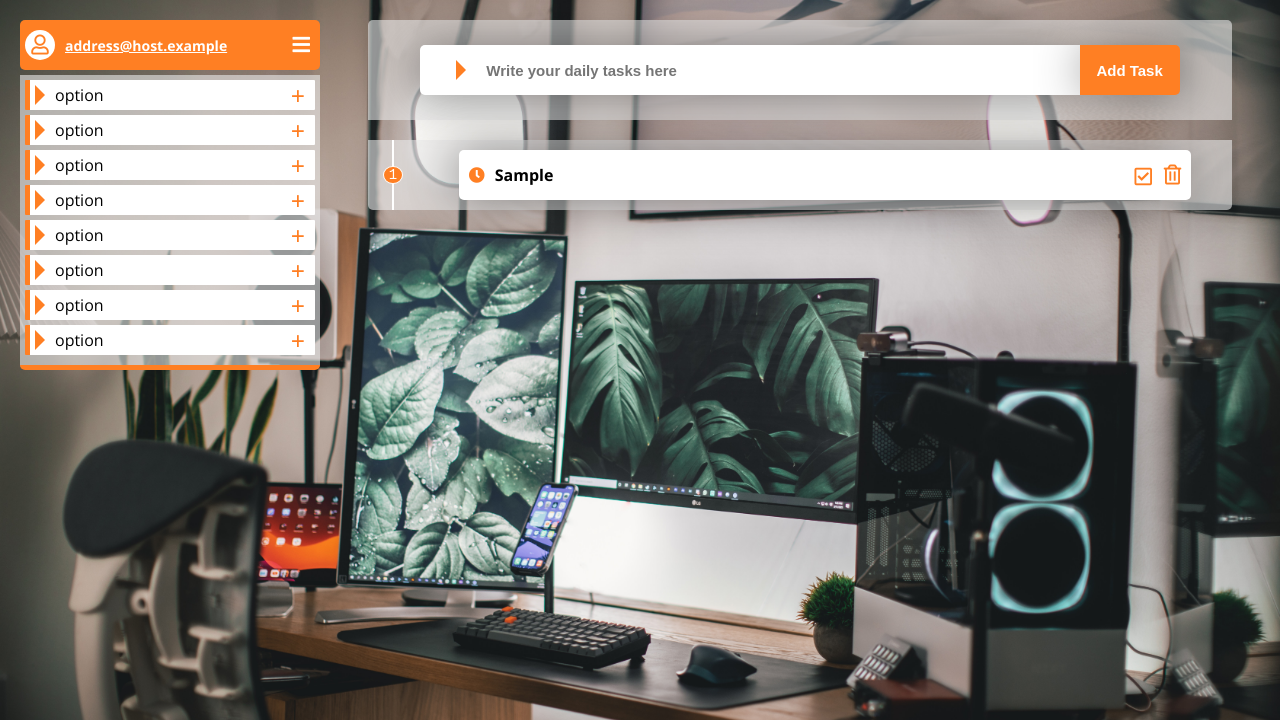
Repository: OmarEssameldinMousa/To-do-list-level01
Page: index.html
The author's editor kept a copy of each file at every save. The page is drawn from the files as they stood at one save, then again after the next save.
The browser window is 1280 px wide. The pictures show the whole page.
Empty fields were first filled with sample values (such as "Sample", 5 or name@example.com).
After loading, the first visible `input.add` was clicked once.

Above is the page before, as saved 2023-08-10 02:02:28.

### index.html
<!DOCTYPE html>
<html lang="en">

<head>
    <meta charset="UTF-8">
    <meta name="viewport" content="width=device-width, initial-scale=1.0">
    <title>ToDo</title>
    <link rel="stylesheet" href="main.css">
    <link rel="preconnect" href="https://fonts.gstatic.com" />
    <link rel="stylesheet" href="css/all.min.css">
    <link href="https://fonts.googleapis.com/css2?family=Open+Sans:wght@400;700&display=swap" rel="stylesheet" />
</head>

<body>
    <div class="dashboard">
        <div class="nav">
            <div class="navigation">
                <div class="profile">
                    <div class="profile-pic">
                        <i class="fa-regular fa-user"></i>
                    </div>
                    <h3>address@host.example</h3>
                    <i class="fa-solid fa-bars" style="color: #ffffff;"></i>
                </div>
                <ul>
                    <li>
                        <span class="toggle"></span>
                        <span class="title">option</span>
                        <i class="fa-solid fa-plus"></i>
                    </li>
                    <li>
                        <span class="toggle"></span>
                        <span class="title">option</span>
                        <i class="fa-solid fa-plus"></i>
                    </li>
                    <li>
                        <span class="toggle"></span>
                        <span class="title">option</span>
                        <i class="fa-solid fa-plus"></i>
                    </li>
                    <li>
                        <span class="toggle"></span>
                        <span class="title">option</span>
                        <i class="fa-solid fa-plus"></i>
                    </li>
                    <li>
                        <span class="toggle"></span>
                        <span class="title">option</span>
                        <i class="fa-solid fa-plus"></i>
                    </li>
                    <li>
                        <span class="toggle"></span>
                        <span class="title">option</span>
                        <i class="fa-solid fa-plus"></i>
                    </li>
                    <li>
                        <span class="toggle"></span>
                        <span class="title">option</span>
                        <i class="fa-solid fa-plus"></i>
                    </li>
                    <li>
                        <span class="toggle"></span>
                        <span class="title">option</span>
                        <i class="fa-solid fa-plus"></i>
                    </li>
                </ul>
            </div>
        </div>
        <div class="workstation">
            <div class="container">
                <div class="form">
                    <div>
                        <span></span>
                        <input type="text" class="input" placeholder="Write your daily tasks here">
                    </div>
                    <input type="submit" class="add" value="Add Task">
                </div>
                <!-- separator -->
                <div class="tasks">
                    <div class="tasks-numbers">

                    </div>
                    <div class="tasks-container">

                    </div>
                </div>
            </div>
        </div>
    </div>
    <script src="main.js"></script>
</body>

</html>

### main.css
:root {
    --main-color: rgba(235, 235, 235, 0.6);
    --secondery-color: #ff7f23;
}

* {
    -webkit-box-sizing: border-box;
    -moz-box-sizing: border-box;
    box-sizing: border-box;
    padding: 0;
    margin: 0;
}

body {
    font-family: "Open Sans", sans-serif;
    background-image: url(backgroundimage.jpg);
    background-repeat: no-repeat;
    background-size: cover;
    position: relative;
    height: 100%;
    background-attachment: fixed;
}

ul {
    list-style: none;
}

.dashboard {
    display: flex;
    height: 100%;
    width: 100%;
    column-gap: 0px;
}

.nav {
    width: 300px;
    height: 100%;
    position: relative;
    margin-top: 20px;
    border-radius: 5px;
    margin-left: 20px;
}

.nav .navigation {
    height: 100%;
    width: 100%;
    position: relative;
}

.nav .navigation .profile {
    width: 100%;
    height: 50px;
    background-color: var(--secondery-color);
    display: flex;
    align-items: center;
    border-radius: 5px;
    position: relative;
    flex-wrap: wrap;
}

.nav .navigation .profile .profile-pic {
    border-radius: 50%;
    background-color: white;
    height: 30px;
    width: 30px;
    display: flex;
    align-items: center;
    justify-content: center;
    margin-left: 5px;
}

.nav .navigation .profile i {
    font-size: 20px;
    color: var(--secondery-color);
}

.nav .navigation .profile h3 {
    font-size: 14px;
    padding-left: 10px;
    text-decoration: underline;
    color: white;
}

.nav .navigation ul {
    width: 100%;
    margin: auto;
    margin-top: 5px;
    padding: 5px;
    background: var(--main-color);
    border-bottom-left-radius: 5px;
    border-bottom-right-radius: 5px;
    border-bottom: 5px solid #ff7f23;
}

.nav .navigation ul li {
    padding: 5px;
    height: 30px;
    background-color: white;
    margin-bottom: 5px;
    border-radius: 1px;
    border-left: 5px solid #ff7f23;
    display: flex;
    align-items: center;
    transition: 0.3s;
}


.nav .navigation ul li:hover .toggle {
    padding-left: 10px;
}

.fa-solid.fa-plus {
    position: absolute;
    right: 15px;
    font-size: 25px;
    color: #ff7f23;
    font-weight: bold;
}

li .toggle {
    border: 10px solid var(--secondery-color);
    border-color: transparent transparent transparent #ff7f23;
    transition: 0.3s;
}

.workstation {
    height: 100%;
    position: relative;
    flex: 1;
}

.container {
    width: 100%;
    min-height: 50px;
    background-color: transparent;
    z-index: 1;
    position: absolute;
}

.container .form {
    width: 90%;
    height: 100px;
    background-color: var(--main-color);
    margin: 20px auto;
    border-top-right-radius: 5px;
    border-top-left-radius: 5px;
    text-align: center;
    position: relative;
    display: flex;
    justify-content: center;
    align-items: center;
    padding-left: 20px;
    padding-right: 20px;
}

.container .tasks {
    width: 90%;
    background-color: var(--main-color);
    margin: 20px auto;
    display: flex;
    border-bottom-left-radius: 5px;
    border-bottom-right-radius: 5px;
}

.container .form .input,
.container .form .add {
    display: block;
    height: 50px;
}

.container .form div {
    width: 80%;
    border-bottom-left-radius: 5px;
    border-top-left-radius: 5px;
    border: 0px solid;
    box-shadow: -5px 0 50px 0px #00000073;
    background-color: white;
    display: flex;
    justify-content: flex-end;
    align-items: center;
}

.container .form div span {
    border: 10px solid #ff7f23;
    border-color: transparent transparent transparent #ff7f23;
    margin-right: 10px;
    margin-left: 10px;
}

.container .form div .input {
    outline: 0;
    font-size: 15px;
    border: 0px solid;
    font-weight: bold;
    width: 90%;
}

.container .form .add {
    width: 100px;
    border: 0px solid;
    background-color: #ff7f23;
    color: white;
    font-weight: bold;
    font-size: 15px;
    border-bottom-right-radius: 5px;
    border-top-right-radius: 5px;
    box-shadow: 5px 0 50px 0px #00000073;
}

.container .tasks .tasks-container {
    width: 80%;
    display: flex;
    flex-direction: column;
    align-items: center;
    align-content: center;
    flex: 1;
}

.container .tasks .tasks-container .task {
    width: 90%;
    height: 50px;
    border-radius: 5px;
    border: 0px solid;
    box-shadow: -5px 0 50px 0px #00000073;
    background-color: white;
    margin: 10px 0px;
    position: relative;
    display: flex;
    align-items: center;
}

.container .tasks .tasks-container .task i {
    margin-left: 10px;
    margin-right: 10px;
    color: var(--secondery-color);
}


/* .container .tasks .tasks-container .task::after {
    content: "";
    width: 10%;
    height: 100%;
    background-color: #ff7f23;
    position: absolute;
    top: 0;
    left: 90%;
    z-index: 0;
    border-top-right-radius: 5px;
    border-bottom-right-radius: 5px;
} */

.container .tasks .tasks-container .task i:first-of-type {
    position: absolute;
    right: 4%;
    top: 53%;
    transform: translateY(-50%);
    color: #ff7f23;
    font-size: 20px;
}

.container .tasks .tasks-container .task i:last-of-type {
    position: absolute;
    right: 0%;
    top: 50%;
    transform: translateY(-50%);
    color: #ff7f23;
    font-size: 20px;
}

.container .tasks .tasks-numbers {
    width: 50px;
    display: flex;
    align-items: center;
    flex-direction: column;
}


.tasks-numbers .repated-line-circle {
    width: 2px;
    height: 70px;
}

.tasks-numbers .line-circle {
    display: flex;
    flex-direction: column;
    width: 100%;
    height: 100%;
    justify-content: space-between;
    align-items: center;
}

.tasks-numbers .line-circle .upper-line {
    width: 100%;
    height: 40%;
    background-color: white;
}

.tasks-numbers .line-circle .circle {
    font-family: 'VT323', monospace;
    width: 20px;
    height: 20px;
    background-color: #ff7f23;
    border-radius: 50%;
    text-align: center;
    position: relative;
    transition: 0.3s;
    animation: gradient-animation 5s infinite alternate;
    border: 1px solid white;
}


.tasks-numbers .line-circle .circle p {
    position: absolute;
    left: 50%;
    top: 50%;
    transform: translate(-50%, -50%);
    font-size: 14px;
    color: white;
}

.line-circle .circle p a {
    text-decoration: none;
}

.tasks-numbers .line-circle .lower-line {
    width: 2px;
    height: 40%;
    background-color: white;
}

.nav .navigation .profile i.fa-solid.fa-bars {
    position: absolute;
    right: 10px;
}


@media (max-width: 767px) {
    body {
        background-image: url(longphoto.jpg);

    }

    .dashboard {
        flex-direction: column;
    }

    .nav {
        margin-left: 0;
        margin-top: 0;
        width: 100% !important;
        height: 50px;
        z-index: 2;
    }

    .navigation {
        width: 100%;
        position: absolute;
        background-color: #ff7f23;
    }

    .nav .navigation ul {
        width: 100%;
        display: none;
        box-shadow: 0px 0 30px 0px #000000a9;
    }

    .nav .navigation ul li {
        border: none;
        border-bottom: 1px solid #ff7f23;
        margin: 0;
    }

    .navigation .footer {
        display: none;
    }

    .nav .navigation .profile i.fa-solid.fa-bars {
        display: inline-block;
    }

    .nav .navigation .profile i.fa-solid.fa-bars.second {
        display: none;
    }

    .container .tasks .tasks-container .task::after {
        display: none;
    }

    .container .tasks .tasks-container .task i:first-of-type {
        top: 53%;
        transform: translateY(-50%);
        color: #ff7f23;
        font-size: 20px;
        margin-right: 15px;
    }

    .container .tasks .tasks-container .task i:last-of-type {
        top: 50%;
        transform: translateY(-50%);
        color: #ff7f23;
        font-size: 20px;
        margin-left: 15px;

    }
}

/* Small */
@media (min-width: 768px) {}

/* Medium */
@media (min-width: 992px) {}

/* Large */
@media (min-width: 1200px) {}

### main.js
let counter = 1;
let counterarray = [];
let tasksDiv = document.querySelector(".tasks-container");
let tasksnumbersDiv = document.querySelector(".tasks-numbers");
let inputbox = document.querySelector(".input");
let inputboxValue = inputbox.value;
let inputbtn = document.querySelector(".add");
let idtentity = 0;
let list = [];
let menu_bars = document.querySelector("i.fa-solid.fa-bars")
let optionsul = document.querySelector(".nav .navigation ul")
let menu_bars2 = document.querySelector("i.fa-solid.fa-bars.second")
let navdiv = document.querySelector(".nav")

function createTaskDiv_NumberDiv() {
    if (inputbox.value != "") {
        let inputbox = document.querySelector(".input");
        let inputboxValue = inputbox.value;
        counterarray.push(counter);
        // craeting task divs
        let taskDiv = document.createElement("div");
        taskDiv.className = "task";
        let i1 = document.createElement("i");
        i1.className = "fa-regular fa-square-check";
        let i2 = document.createElement("i");
        i2.className = "fa-solid fa-clock";
        let i3 = document.createElement("i");
        i3.className = "fa-regular fa-trash-can";
        i3.setAttribute("index", counterarray.length - 1);
        let tasktitle = document.createElement("h4");
        tasktitle.innerHTML = inputboxValue;
        // nesting all childs under each parent
        tasksDiv.appendChild(taskDiv);
        taskDiv.appendChild(i1);
        taskDiv.appendChild(i2);
        taskDiv.appendChild(i3);
        taskDiv.appendChild(tasktitle);
        //creating the numbering divs
        let repatedlinecircleDiv = document.createElement("div");
        repatedlinecircleDiv.className = "repated-line-circle";
        let linecirclediv = document.createElement("div");
        linecirclediv.className = "line-circle";
        let upperlinediv = document.createElement("div");
        upperlinediv.className = "upper-line";
        let circlediv = document.createElement("div");
        circlediv.className = "circle";
        let circleparacontent = document.createElement("p");
        circleparacontent.innerHTML = `${counterarray.length}`;
        let lowerlinediv = document.createElement("div");
        lowerlinediv.className = "lower-line";
        //nesting all childs under each parent
        tasksnumbersDiv.appendChild(repatedlinecircleDiv);
        repatedlinecircleDiv.appendChild(linecirclediv);
        linecirclediv.appendChild(upperlinediv);
        linecirclediv.appendChild(circlediv);
        circlediv.appendChild(circleparacontent);
        linecirclediv.appendChild(lowerlinediv);
        // after adjustments
        list.push({ "id": idtentity, "title": inputbox.value, });
        window.localStorage.setItem("tasks", JSON.stringify(list));
        inputbox.value = "";
        counter++;
        idtentity++;
        inputbox.focus();
    }
}

inputbtn.addEventListener("click", createTaskDiv_NumberDiv);

document.addEventListener("click", function (e) {
    if (e.target.className === "fa-regular fa-trash-can") {
        let n = 1;
        // deleting from BOM - local storage
        let storedTasks = JSON.parse(window.localStorage.getItem("tasks"))
        storedTasks.filter(a => a.id != e.index);
        list = storedTasks;
        window.localStorage.clear()
        window.localStorage.setItem("tasks", JSON.stringify(storedTasks));
        // deleting from the DOM
        e.target.parentElement.parentElement.previousElementSibling.lastChild.remove();
        counterarray.pop();
        counter--;
        e.target.parentElement.remove();
        document.querySelectorAll(".circle p").forEach(element => {
            element.innerHTML = n;
            n++;
        });
    }
})

menu_bars.addEventListener("click", function () {
    if (optionsul.style.display == "block") {
        optionsul.style.display = "none"
    } else {
        optionsul.style.display = "block"
    }
})

Loaded but not shown: css/all.min.css (library)

After the next save:
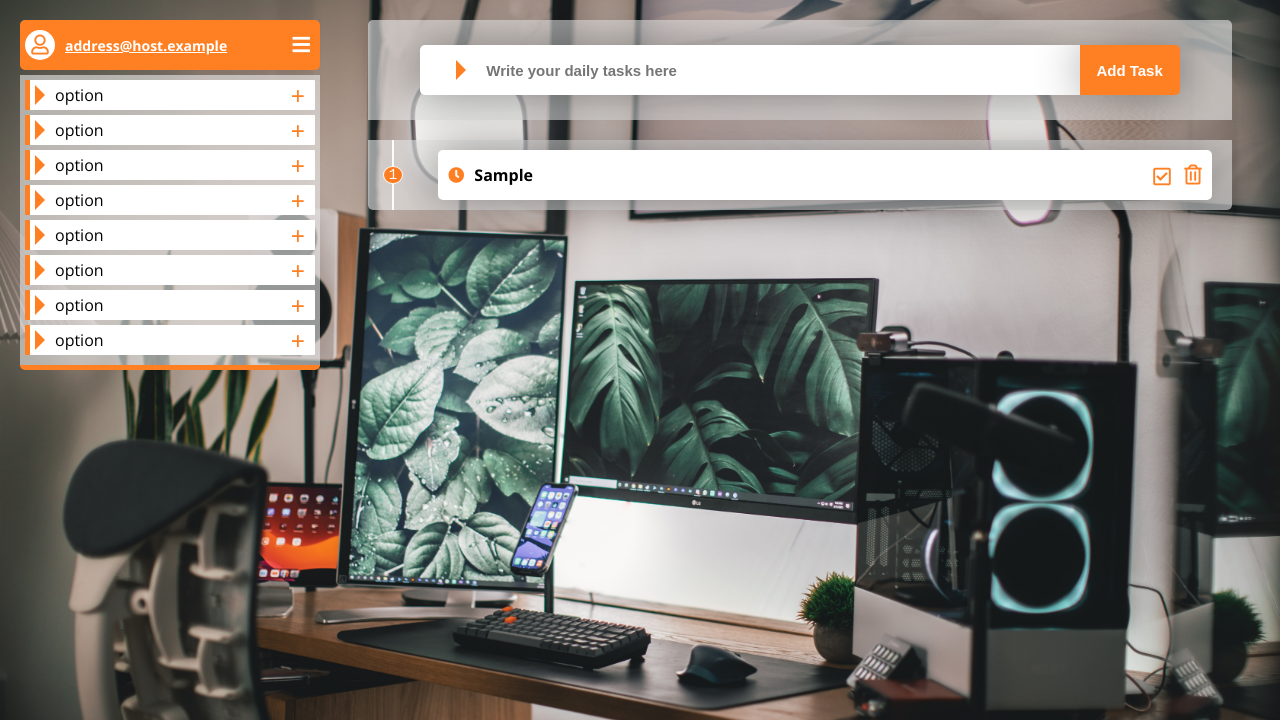
Saved 4 s later.
--- a/main.css
+++ b/main.css
@@ -217,7 +217,7 @@ li .toggle {
 }
 
 .container .tasks .tasks-container .task {
-    width: 90%;
+    width: 95%;
     height: 50px;
     border-radius: 5px;
     border: 0px solid;
